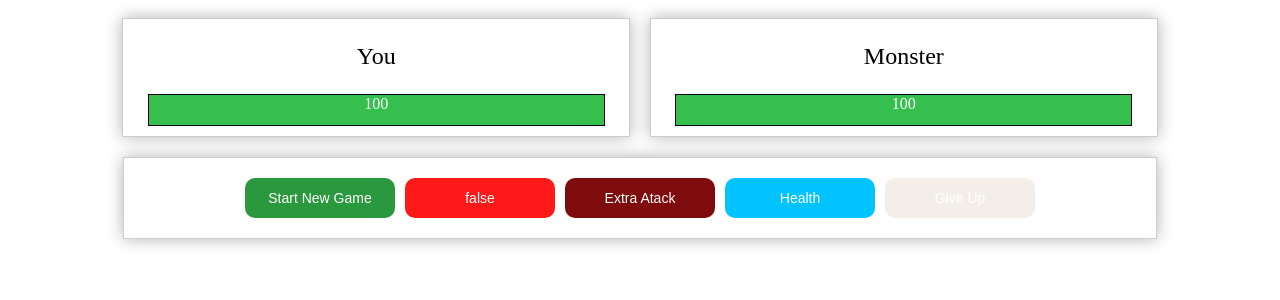
Repository: jakublack/game-fight-vue
Page: /
These files come from the project's save history. The page is drawn as it stood at one moment and after the next save; the edit follows.
The browser window is 1280 px wide. The pictures show the whole page.
The project was rebuilt for these pictures with package versions that can differ from the ones it lists, and the page was loaded fresh each time.

Above is the page before, as saved 2018-08-08 21:03:49.

After the next save:
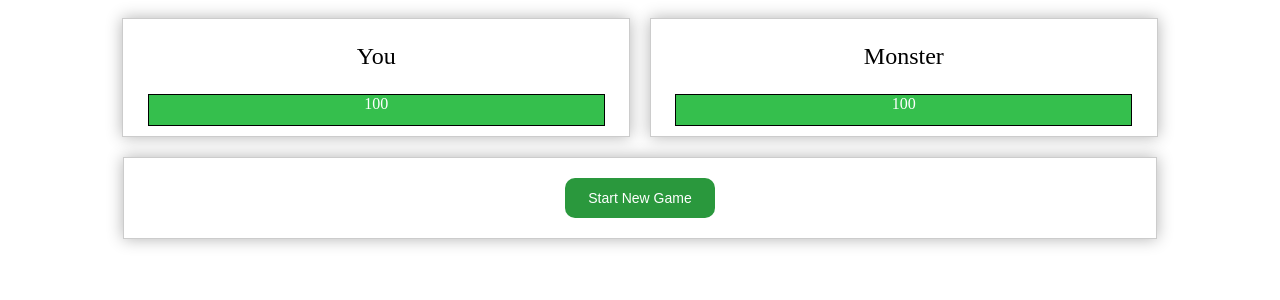
Saved 9 s later.
--- a/src/components/Game.vue
+++ b/src/components/Game.vue
@@ -14,7 +14,7 @@
 
       <button class="btn btn-new-game">Start New Game</button>
 
-      <template v-show="startGame">
+      <template v-if="startGame">
         <button class="btn btn-atack">{{startGame}}</button>
         <button class="btn btn-extra-atack">Extra Atack</button>
         <button class="btn btn-health">Health</button>

After the save that followed:
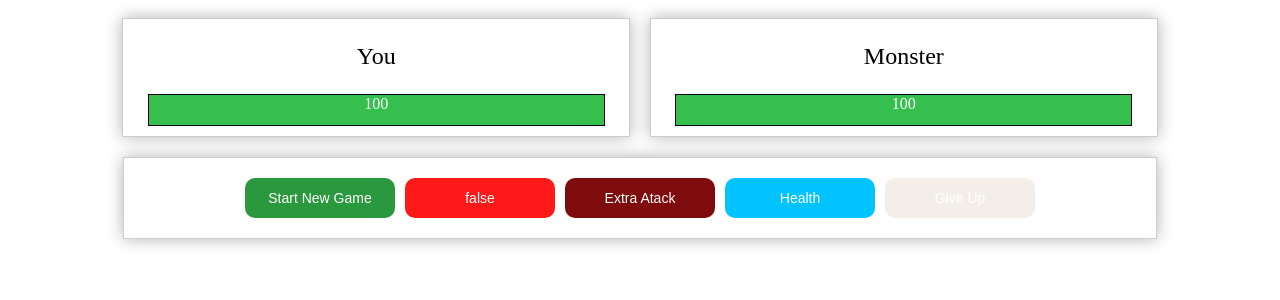
Saved 20 s later.
--- a/src/components/Game.vue
+++ b/src/components/Game.vue
@@ -14,7 +14,7 @@
 
       <button class="btn btn-new-game">Start New Game</button>
 
-      <template v-if="startGame">
+      <template v-show="startGame">
         <button class="btn btn-atack">{{startGame}}</button>
         <button class="btn btn-extra-atack">Extra Atack</button>
         <button class="btn btn-health">Health</button>
